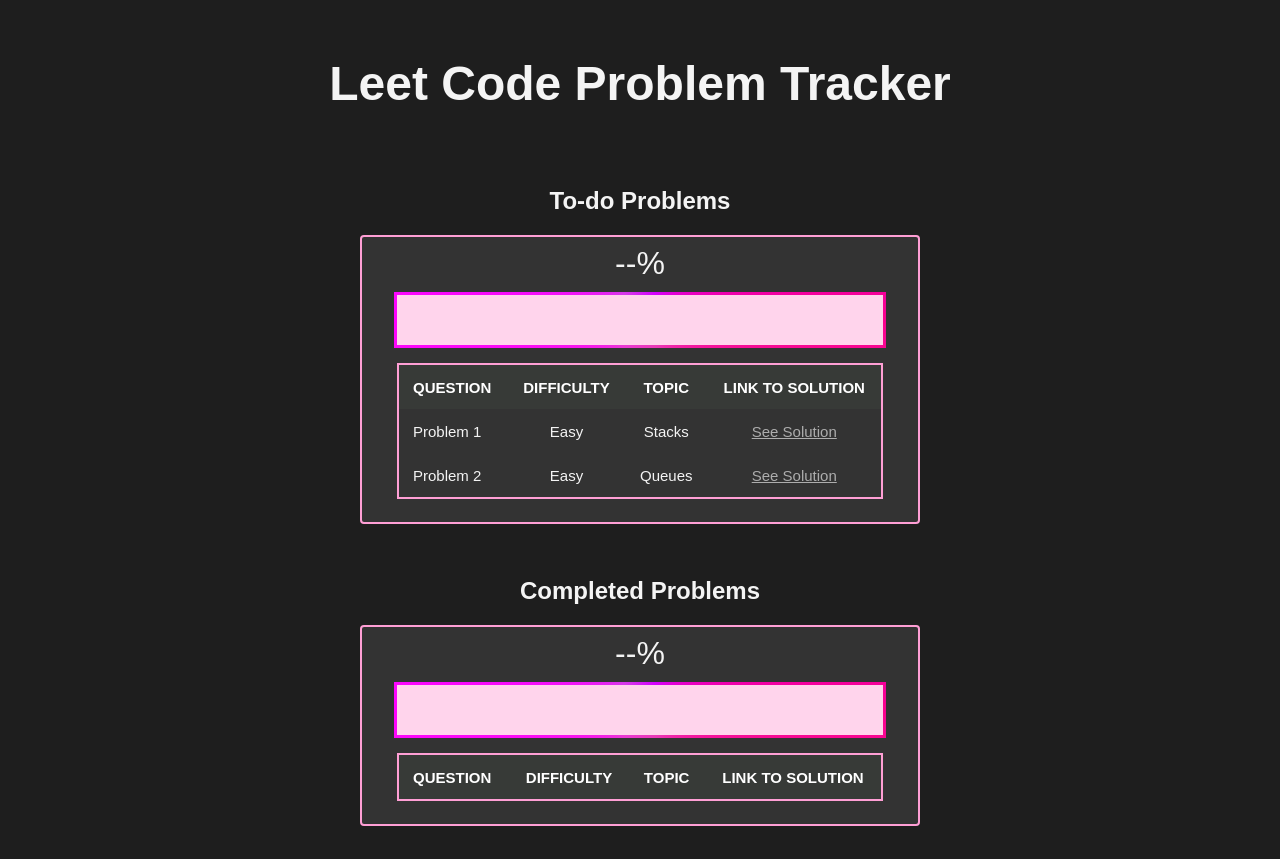
Repository: bbrockbrown/leet-code-tracker
Page: index.html
The author's editor kept a copy of each file at every save. The page is drawn from the files as they stood at one save, then again after the next save.
The browser window is 1280 px wide. The pictures show the whole page.

Above is the page before, as saved 2024-07-28 17:43:58.

After the next save:
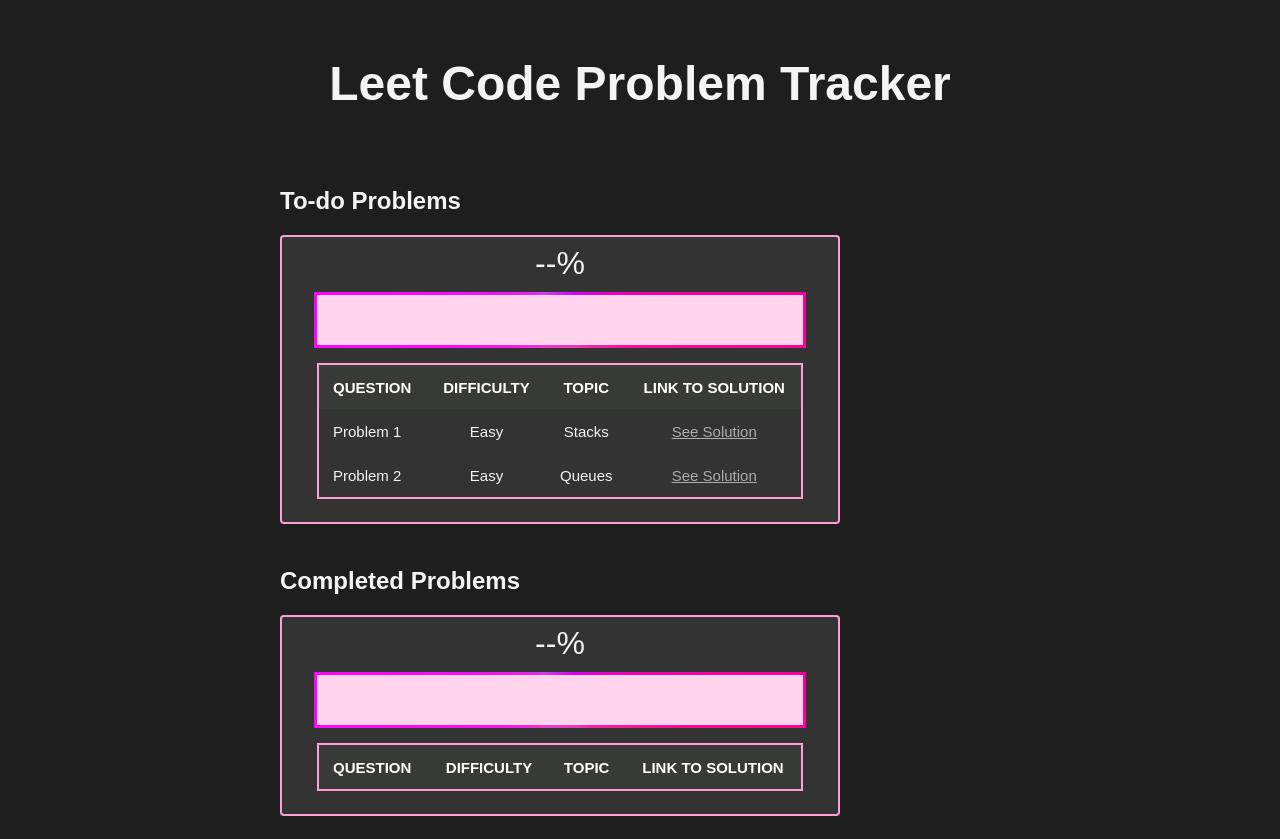
Saved 81 s later.
--- a/styles.css
+++ b/styles.css
@@ -60,11 +60,6 @@ body {
     height: 100%;
 }
 
-.tracking-box {
-    text-align: center;
-    margin-bottom: 20px;
-}
-
 .tracking-title {
     font-size: 24px;
     margin-bottom: 10px;
@@ -87,6 +82,8 @@ body {
     max-height: 85%;
     overflow-y: auto;
     color: #f4f4f4;
+    text-align: center;
+    margin-bottom: 20px;
 }
 
 .todo-tracking:hover, .completed-tracking:hover {
